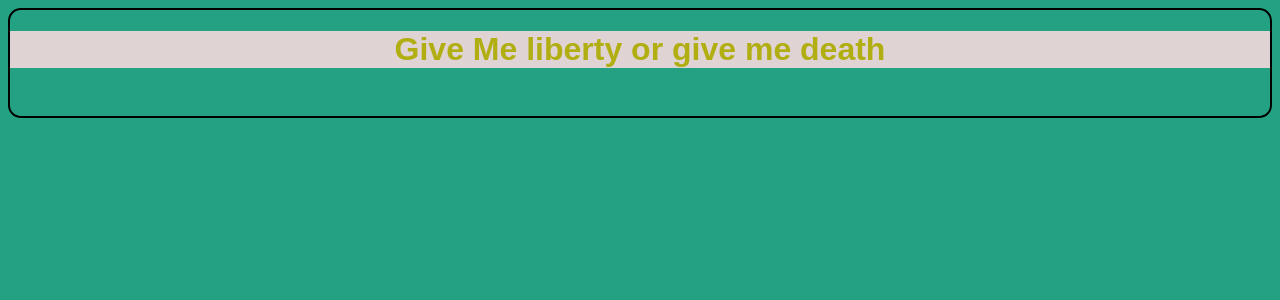
Repository: batmit/FutureFundation.github.io-1
Page: menu/articles/speechs/give_me.html
These files come from the project's save history. The page is drawn as it stood at one moment and after the next save; the edit follows.
The browser window is 1280 px wide. The pictures show the whole page.

Above is the page before, as saved 2021-11-18 12:39:02.

After the next save:
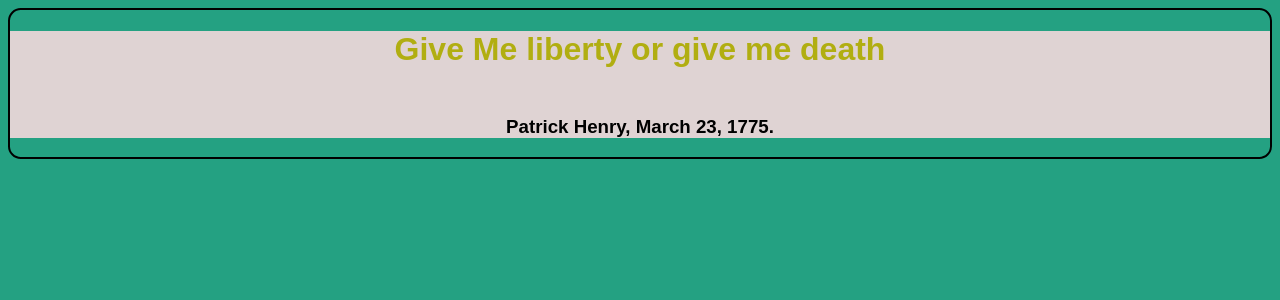
Saved 24 s later.
--- a/menu/articles/speechs/give_me.html
+++ b/menu/articles/speechs/give_me.html
@@ -12,6 +12,8 @@
 
         <header>
             <h1>Give Me liberty or give me death</h1>
+            <h3>Patrick Henry, March 23, 1775.
+            </h3>
         </header>
 
     </div>
